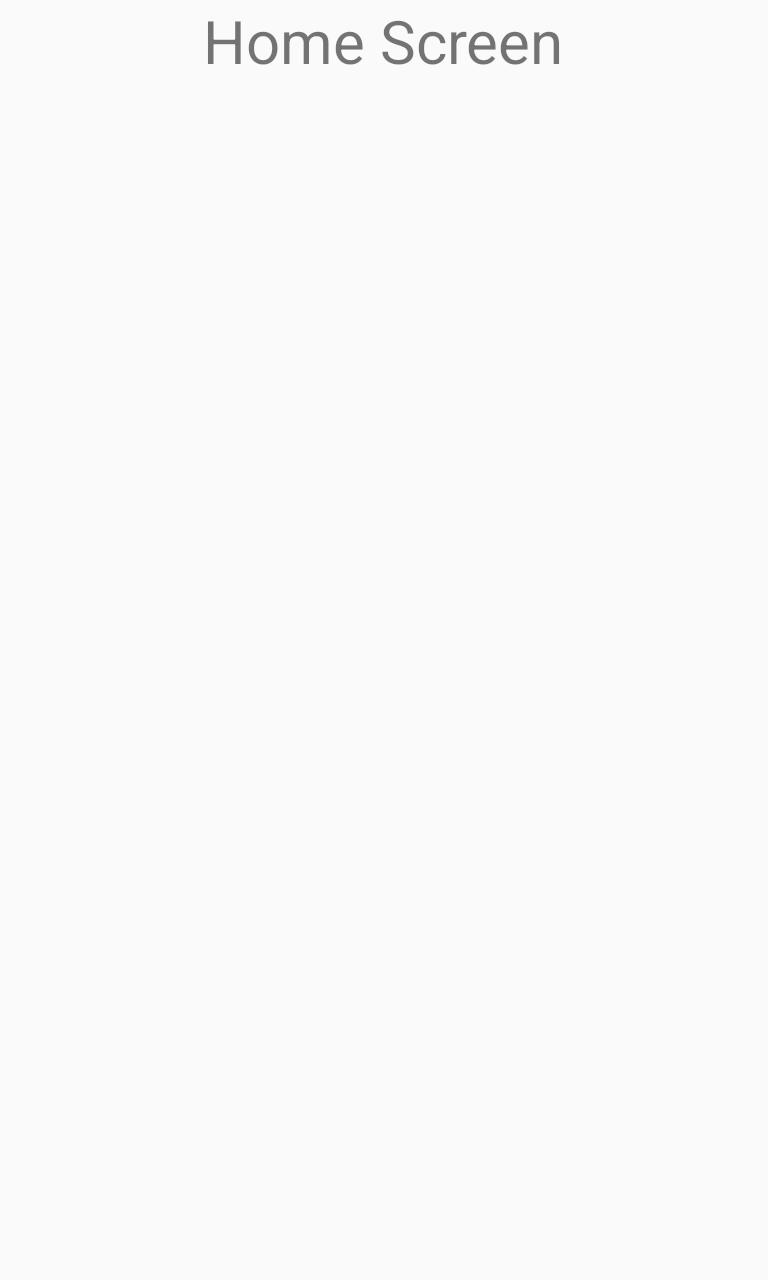
Repository: AlvaroCortez/Assigment1
Layout: SplashScreen/res/layout/activity_demo.xml
The author's editor kept a copy of each file at every save. The layout is drawn from the files as they stood at one save, then again after the next save.
It is drawn on a 768 x 1280 px phone screen (xhdpi) without system bars, with theme AppTheme; the app's code is not run. Lists and similar views that code fills are empty.

Above is the layout before, as saved 2014-04-28 14:55:25.

After the next save:
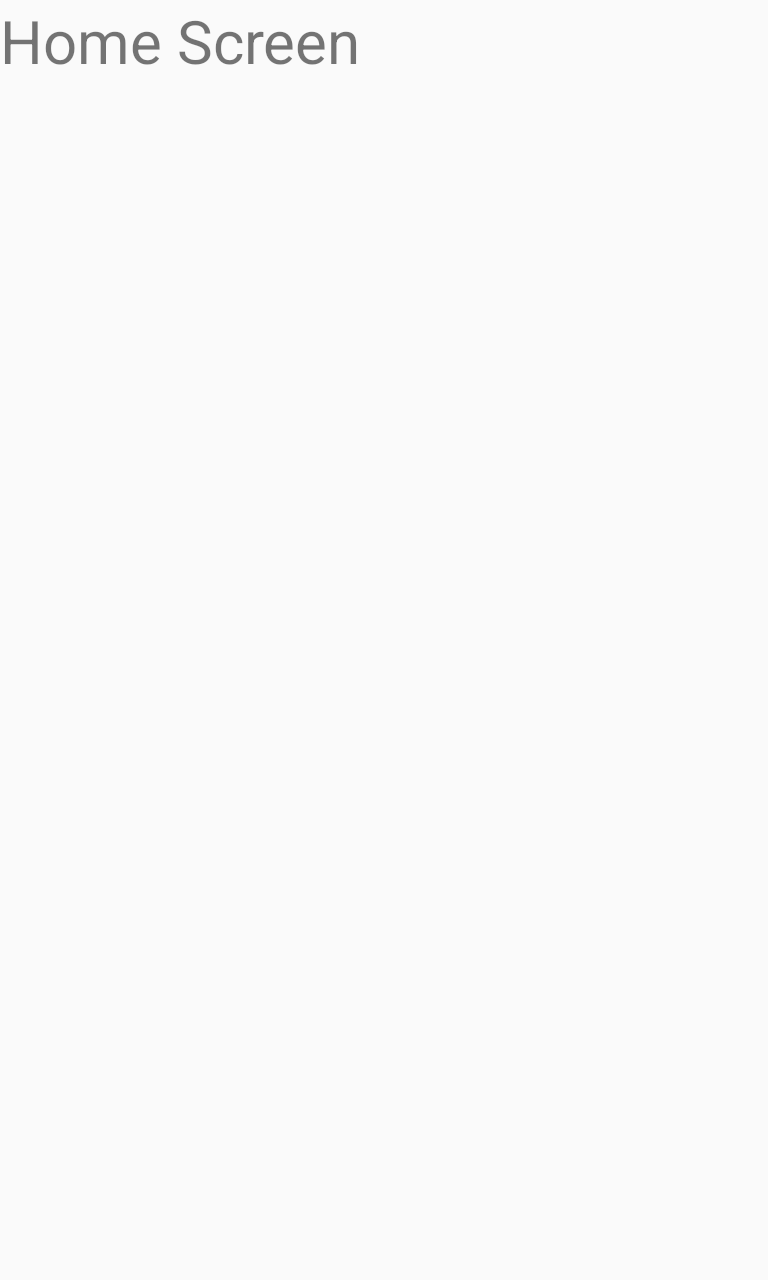
Saved 4 min 14 s later.
--- a/SplashScreen/res/layout/activity_demo.xml
+++ b/SplashScreen/res/layout/activity_demo.xml
@@ -1,7 +1,8 @@
 <?xml version="1.0" encoding="utf-8"?>
-<RelativeLayout xmlns:android="http://schemas.android.com/apk/res/android"
+<LinearLayout xmlns:android="http://schemas.android.com/apk/res/android"
     android:layout_width="match_parent"
-    android:layout_height="match_parent" >
+    android:layout_height="match_parent"
+     android:orientation="vertical">
 
     <TextView
         android:layout_width="wrap_content"
@@ -17,4 +18,4 @@
         android:layout_weight="1" >
 </ListView>
 
-</RelativeLayout>
+</LinearLayout>
